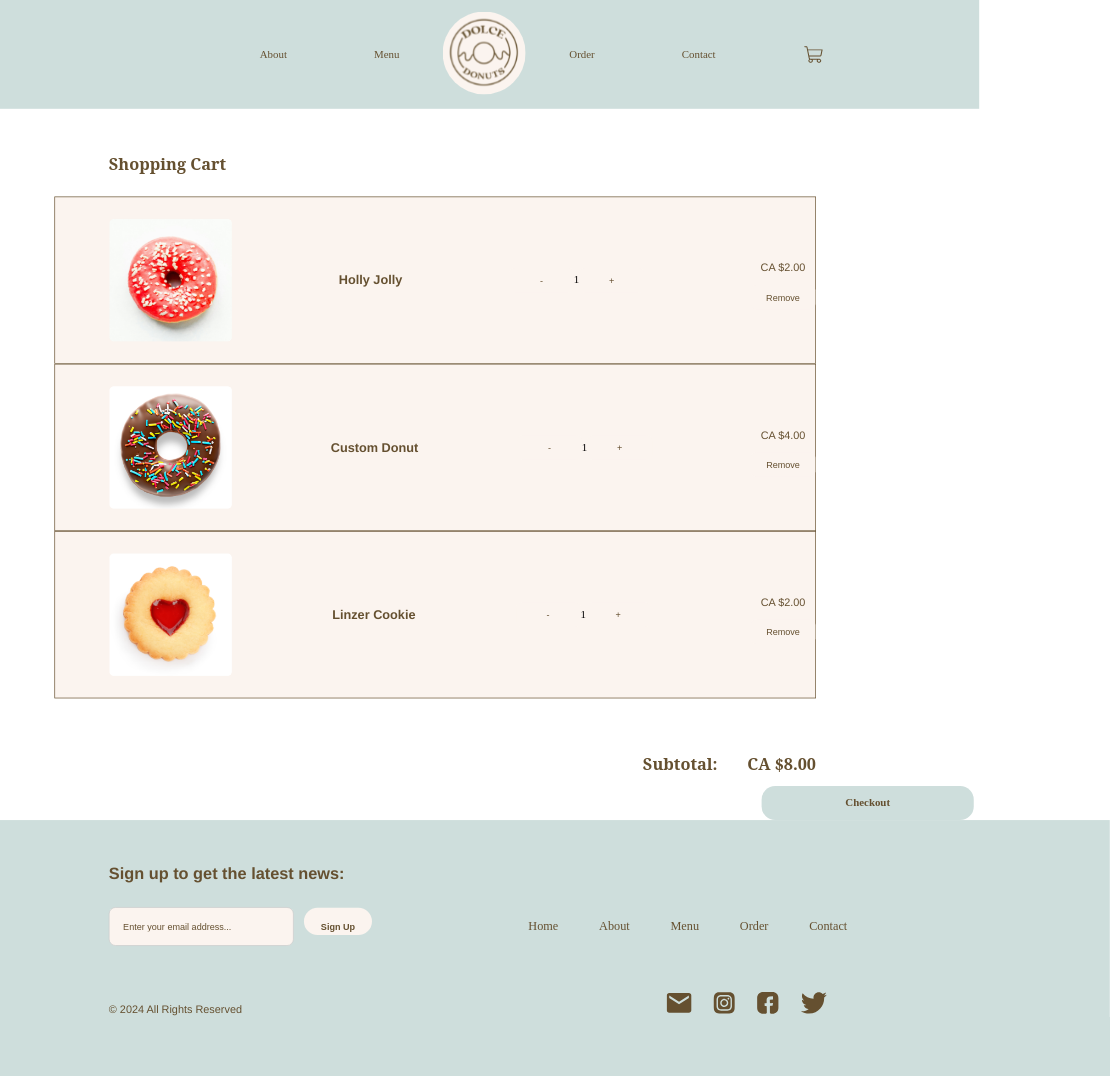
Repository: Crystalhtc/dolcedonuts
Page: /cart
The author's editor kept a copy of each file at every save. The page is drawn from the files as they stood at one save, then again after the next save.
The browser window is 1280 px wide. The page is 1632 px wide, so the pictures cover 1632 px, including what lies to the right of the window. The pictures show the whole page, at 68% of full size.
The project was rebuilt for these pictures with package versions that can differ from the ones it lists, and the page was loaded fresh each time. Also part of the build but not shown: vite.config.js, src/pages/Home.module.css, src/components/ProductCard/ProductCard.jsx, src/Data/products.js, src/pages/Order.css, src/pages/Menu.jsx, src/pages/Order.jsx, src/pages/Contact.module.css and 17 more.

Above is the page before, as saved 2024-10-21 05:49:24.

### src/App.jsx
import React from 'react';
import "./App.css";
import { BrowserRouter as Router, Route, Routes } from 'react-router-dom';
import Header from './components/Header/Header';
import Footer from './components/Footer/Footer';
import Home from './pages/Home';
import Menu from './pages/menu';
import Order from './pages/order';
import Contact from './pages/Contact';
import About from './pages/About';
import Checkout from './pages/Checkout';
import Cart from './pages/Cart';
import ProductDetails from './pages/ProductDetails';
import PaymentReview from './pages/PaymentReview';

function App() {

  return (
    <Router>
      <Header />
      <Routes>
        <Route path="/" element={<Home />} />
        <Route path="/about" element={<About />} />
        <Route path="/menu" element={<Menu />} />
        <Route path="/order" element={<Order />} />
        <Route path="/productdetails/:id" element={<ProductDetails />} />
        <Route path="/contact" element={<Contact />} />
        <Route path="/cart" element={<Cart />} />
        <Route path="/checkout" element={<Checkout />} />
        <Route path="/paymentreview" element={<PaymentReview />} />
      </Routes>
      <Footer />
    </Router>
  );
}

export default App;

### src/App.css
@import url('https://fonts.googleapis.com/css2?family=Arimo:ital,wght@0,400..700;1,400..700&display=swap');
@import url('https://fonts.googleapis.com/css2?family=Noto+Serif:ital,wght@0,100..900;1,100..900&display=swap');

:root {
    --mint: #CEDEDC;
    --cream: #FBF4EF;
    --pink: #F5CCD6;
    --dark-pink: #E3BBC5;
    --brown: #655030;
    --dark-brown: #4C3B22;
}
body {
    margin: 0 auto;
}
/* font */
/* heading, button */
h1 {
    font-family: "Noto Serif", serif;
    color: #655030;
    font-size: 28pt;
}
/* subheading */
h2 {
    font-size: 24pt;
    font-family: 'Arimo', sans-serif;
    color: #655030;
}
/* paragraph */
p {
    font-family: 'Arimo', sans-serif;
    color: #655030;
}

.container {
    max-width: 1440px;
    margin: 0 auto;
    height: auto;
    /* padding: 20px;  */
}

### src/components/Header/Header.jsx
import { NavLink } from 'react-router-dom';
import styles from './Header.module.css';
import logo from '../../assets/logo.svg';
import cartIcon from '../../assets/cart-icon.svg';

export default function Header() {
  return (
    <nav className={styles.nav}>
      <ul className={styles.navList}>
        <li className={styles.navItem}>
          <NavLink to="/about" className={({ isActive }) => (isActive ? styles.activeLink : undefined)}>About</NavLink>
        </li>
        <li className={styles.navItem}>
          <NavLink to="/menu" className={({ isActive }) => (isActive ? styles.activeLink : undefined)}>Menu</NavLink>
        </li>
        <li className={styles.logoContainer}>
          <NavLink to="/">
            <img src={logo} alt="Logo" className={styles.logo} />
          </NavLink>
        </li>
        <li className={styles.navItem}>
          <NavLink to="/order" className={({ isActive }) => (isActive ? styles.activeLink : undefined)}>Order</NavLink>
        </li>
        <li className={styles.navItem}>
          <NavLink to="/contact" className={({ isActive }) => (isActive ? styles.activeLink : undefined)}>Contact</NavLink>
        </li>
        <li className={styles.navItem}>
          <NavLink to="/cart" className={({ isActive }) => (isActive ? styles.activeLink : undefined)}>
            <img src={cartIcon} alt="Cart" className={styles.cartIcon} />
          </NavLink>
        </li>
      </ul>
    </nav>
  );
}

### src/components/Footer/Footer.jsx
import React from 'react';
import styles from './Footer.module.css';
import socialMediaIcons from '../../assets/social-media-icons.svg';

const Footer = () => {
    return (
        <footer className={styles.footer}> {/* Use styles for className */}
            <h2 className={styles.signUpMessage}>Sign up to get the latest news:</h2>

            <div className={styles.topContainer}>
                <div className={styles.newsletterSignup}> {/* Use styles for className */}
                    <input type="email" placeholder="Enter your email address..." />
                       <button className={styles.signupButton}>Sign Up</button> {/* Use styles for className */}
                </div>

                 <div className={styles.footerLinks}>
                     <ul className={styles.linkList}>
                        <li><a href="/">Home</a></li>
                        <li><a href="/about">About</a></li>
                        <li><a href="/menu">Menu</a></li>
                        <li><a href="/order">Order</a></li>
                        <li><a href="/contact">Contact</a></li>
                    </ul>
                </div>
            </div>

            <div className={styles.footerBottomContainer}>
                <p>© 2024 All Rights Reserved</p>
                <div className={styles.socialMedia}> {/* Use styles for className */}
                    <img src={socialMediaIcons} alt="Social Media Icons" />
                </div>
            </div>
        </footer>
    );
};

export default Footer;

### src/pages/Home.jsx
import React from 'react';
import homeBanner from '../assets/home-main-banner.png';
import cardImage1 from '../assets/home-card-img-1.png';
import cardImage2 from '../assets/home-card-img-2.png';
import cardImage3 from '../assets/home-card-img-3.png';
import cardImage4 from '../assets/home-card-img-4.png';
import cardImage5 from '../assets/home-card-img-5.png';
import styles from './Home.module.css';

const cardData = [
    {
        id: 1,
        image: cardImage1,
        text: (
            <div className={styles.addressCard}>
                    <div className={styles.addressColumn}>
                        <h2>Downtown</h2>
                        <p>XXX West Pender St.<br />
                        Vancouver, BC<br />
                        V6B 1V3<br />
                        (604) XXX-XXXX<br />
                        Mon - Fri 9am – 5pm*<br />
                        Sat - Sun 10am – 6pm*<br />
                        *Or until sell out occurs.</p>
                    </div>
                    <div className={styles.addressColumn}>
                        <h2>Mount Pleasant</h2>
                        <p>XXX Main St.<br />
                        Vancouver, BC<br />
                        V4C 2V6<br />
                        (604) XXX-XXXX<br />
                        Mon - Fri 9am – 5pm*<br />
                        Sat - Sun 10am – 6pm*<br />
                        *Or until sell out occurs.</p>
                    </div>
            </div>
        ),
        button: 'About Us',
        link: '/about'
    },
    {
        id: 2,
        image: cardImage2,
        text: 'Choose your favourite toppings, glazes, and flavours to create a personalized donut, just the way you like.',
        button: 'Custom Donut',
        link: '/order'
    },
    {
        id: 3,
        image: cardImage3,
        text: 'Explore sweet delights at Dolce Donuts with our signature treats, freshly baked treats, and expertly crafted coffees. Our menu is designed to satisfy your sweet cravings.',
        button: 'Menu',
        link: '/menu'
    },
    {
        id: 4,
        image: cardImage4,
        text: 'Pre-order our artisanal donuts for pick-up or shipping! We prepare the same selection as in store. Treat yourself to flavour-packed joy.',
        button: 'Pre-Order Online',
        link: '/order'
    },
    {
        id: 5,
        image: cardImage5,
        text: 'We are here to assist with any inquiries or special orders. Drop us a message to help us make your donut dreams come true!',
        button: 'Get in Touch',
        link: '/contact'
    },
];

export default function Home() {
    return (
        <div className={styles.homeContainer}>
            <img
                src={homeBanner}
                alt="Home Main Banner"
                className={styles.homeBanner}
            />

<div className={styles.cardsContainer}>
                {cardData.map((card, index) => (
                    <div
                        key={card.id}
                        className={`${styles.card} ${index % 2 === 0 ? styles.mintBackground : ''} ${index % 2 === 0 ? styles.cardLeft : styles.cardRight}`}
                    >
                        <img
                            src={card.image}
                            alt={`Card ${card.id}`}
                            className={styles.cardImage}
                        />
                        <div className={styles.cardContent}>
                            <p>{card.text}</p>
                            <a href={card.link} className={styles.ctaButton}>{card.button}</a>
                        </div>
                    </div>
                ))}
            </div>
        </div>
    );
}

### src/pages/Cart.jsx
import { useState } from "react";
import styles from "./Cart.module.css";
import MintButton from "../components/MintButton/MintButton";

export default function Cart() {
    const [quantities, setQuantities] = useState({
        hollyJolly: 1,
        customDonut: 1,
        linzerCookie: 1,
    });

    const prices = {
        hollyJolly: 2.00,
        customDonut: 4.00,
        linzerCookie: 2.00,
    };

    const handleAdd = (item) => {
        setQuantities((prevQuantities) => ({
            ...prevQuantities,
            [item]: prevQuantities[item] + 1,
        }));
    };

    const handleRemove = (item) => {
        setQuantities((prevQuantities) => ({
            ...prevQuantities,
            [item]: Math.max(1, prevQuantities[item] - 1),
        }));
    };

    const handleRemoveItem = (item) => {
        setQuantities((prevQuantities) => {
            const newQuantities = { ...prevQuantities };
            delete newQuantities[item];
            return newQuantities;
        });
    };

    const getTotalPrice = (item) => {
        return (quantities[item] * prices[item]).toFixed(2);
    };

    const calculateTotal = () => {
        return Object.keys(quantities).reduce((total, item) => {
            return total + quantities[item] * prices[item];
        }, 0).toFixed(2);
    };

    return (
        <div>
            <h2 className={styles.cartH2}>Shopping Cart</h2>
            <div className={styles.listContainer}>
                {quantities.hollyJolly && (
                    <div className={styles.itemList}>
                        <img
                            src="src/assets/Donut2.png"
                            alt="Red glazed donut"
                            className={styles.donutImg}
                            width={180}
                            height={180}
                        />
                        <h3 className={styles.cookieName}>Holly Jolly</h3>
                        <div className={styles.quantityControls}>
                            <button onClick={() => handleRemove("hollyJolly")}>-</button>
                            <span>{quantities.hollyJolly}</span>
                            <button onClick={() => handleAdd("hollyJolly")}>+</button>
                        </div>
                        <div className={styles.priceRemove}>
                            <p className={styles.totalPrice}>CA ${getTotalPrice("hollyJolly")}</p>
                            <button className={styles.removeBtn} onClick={() => handleRemoveItem("hollyJolly")}>Remove</button>
                        </div>
                    </div>
                )}

                {quantities.customDonut && (
                    <div className={styles.itemList}>
                        <img
                            src="src/assets/Donut1.png"
                            alt="Chocolate glazed donut"
                            className={styles.donutImg}
                            width={180}
                            height={180}
                        />
                        <h3 className={styles.cookieName}>Custom Donut</h3>
                        <div className={styles.quantityControls}>
                            <button onClick={() => handleRemove("customDonut")}>-</button>
                            <span>{quantities.customDonut}</span>
                            <button onClick={() => handleAdd("customDonut")}>+</button>
                        </div>
                        <div className={styles.priceRemove}>
                            <p className={styles.totalPrice}>CA ${getTotalPrice("customDonut")}</p>
                            <button className={styles.removeBtn} onClick={() => handleRemoveItem("customDonut")}>Remove</button>
                        </div>
                    </div>
                )}

                {quantities.linzerCookie && (
                    <div className={styles.itemList}>
                        <img
                            src="src/assets/LinzerCookie.png"
                            alt="Heart butter cookie"
                            className={styles.donutImg}
                            width={180}
                            height={180}
                        />
                        <h3 className={styles.cookieName}>Linzer Cookie</h3>
                        <div className={styles.quantityControls}>
                            <button onClick={() => handleRemove("linzerCookie")}>-</button>
                            <span>{quantities.linzerCookie}</span>
                            <button onClick={() => handleAdd("linzerCookie")}>+</button>
                        </div>
                        <div className={styles.priceRemove}>
                            <p className={styles.totalPrice}>CA ${getTotalPrice("linzerCookie")}</p>
                            <button className={styles.removeBtn} onClick={() => handleRemoveItem("linzerCookie")}>Remove</button>
                        </div>
                    </div>
                )}
            </div>

            <div className={styles.totalContainer}>
                <h2 className={styles.totalH2}>Subtotal: &nbsp;&nbsp;&nbsp;&nbsp;&nbsp; CA ${calculateTotal()}</h2>
                <div className={styles.checkoutBtn} style={{ width: '280px'}}>
                    <MintButton buttonText="Checkout" />
                </div>

            </div>
        </div>
    );
}

### src/components/Header/Header.module.css
.nav {
    width: 1440px;
    height: 160px;
    background-color: var(--mint);
    display: flex;
    justify-content: center;
    flex-shrink: 0;
    margin: auto;
}

.navList {
    list-style-type: none;
    display: flex;
    justify-content: center;
    align-items: center;
    margin: 0;
    padding: 0;
    width: 100%;

    margin-left: 11%;
}

.navItem {
    margin: 0 4rem;
}

.navItem a {
    text-decoration: none;
    color: var(--brown);
}

.logoContainer {
    flex: 0 0 auto;
}

.logo {
    width: 122px;
    height: 122px;
    object-fit: contain;
}

.cartIcon {
    width: 36px;
    height: auto;
}

.navItem .activeLink {
    text-decoration: underline;
    color: var(--brown);
}

### src/components/Footer/Footer.module.css
.footer {
    width: 1440px;
    height: 312px;
    background-color: var(--mint);
    padding: 2rem;
    color: var(--brown);
    padding-left: 10rem;
    flex-shrink: 0;
    margin: auto;
}

.topContainer {
    display: flex;
    align-items: center;
    gap: 10rem;
}

.footerBottomContainer {
    display: flex;
    margin-top: 3rem;
    gap: 39rem;
}

.newsletterSignup input {
    padding: 20px;
    width: 230px;
    border: 1px solid #ccc;
    background-color: var(--cream);
    border-radius: 10px;
}

.signupButton {
    width: 100px;
    padding: 20px;
    margin-left: 15px;
    background-color: var(--cream);
    color: var(--brown);
    font-weight: bold;
    border: none;
    border-radius: 20px;
}

.footerLinks {
    margin: 20px 0;
    display: flex;
    font-size: large;
}

.linkList a {
    color: var(--brown);
    list-style-type: none;
    text-decoration: none;
}

.linkList li {
    text-decoration: none;
    display: inline;
    margin: 0 30px;
}

.socialMedia img {
    width: 250px;
    height: auto;
}

### src/pages/Checkout.module.css
.checkoutContainer {
    display: flex;
    align-items: center;
    justify-content: center;
}

input {
    background-color: var(--cream);
    border: none;
    padding: 1rem;
    border-radius: 4px;
}

.contactInputs {
    display: flex;
    flex-direction: column;
}

.checkoutContainer {
    display: flex;
    justify-content: space-between;
    align-items: start;
    padding: 2rem;
    max-width: 1200px;
    margin: 0 auto;
    gap: 3rem;
}

.leftColumn {
    flex: 2;
}

.rightColumn {
    flex: 1;
    padding: 2rem;
    height: fit-content;
    border-left: 1px solid var(--brown);
}

::placeholder {
    color: var(--brown);
}

h3 {
    color: var(--brown);
}

/* Contact Section */
.contactInputs {
    display: flex;
    flex-direction: column;
    gap: 1rem;
}

/* Delivery Section */
.deliveryOptions {
    display: flex;
    flex-direction: column;
    align-items: center;
}

.deliveryToggle {
    display: flex;
    align-items: center;
    gap: 1rem;
    margin: 1rem 0;
    background-color: var(--cream);
    border-radius: 10px;
    padding: 0.5rem;
    width: 60%;
}

/* Delivery Toggle Buttons */
.deliveryToggle {
    display: flex;
    gap: 1rem; /* Space between buttons */
}

.deliveryToggle button {
    padding: 0.75rem 1rem;
    border: none;
    border-radius: 20px;
    cursor: pointer;
    flex: 1;
    transition: background-color 0.3s ease; /* Smooth transition */
}

/* Default styles */
.pickupButton {
    background-color: transparent; /* Inactive state */
    color: var(--brown); /* Text color */
}

.deliveryButton {
    background-color: transparent; /* Inactive state */
    color: var(--brown); /* Text color */
}

/* Active styles */
.pickupButton.active,
.deliveryButton.active {
    background-color: var(--mint); /* Active button color */
}

/* Hover state */
.deliveryToggle button:hover {
    background-color: pink; /* Hover state */
}

/* Optional: Set a specific color for inactive buttons' text */
.deliveryToggle button:not(.active) {
    color: var(--brown); /* Change to desired inactive text color */
}

.addresses {
    display: flex;
    flex-direction: column;
    gap: 1rem;
}

.downtown, .mountPleasant {
    background-color: var(--cream);
    border-radius: 10px;
    padding: 1rem;
    display: flex;
    gap: 1rem;
    align-items: start;
}


/* Payment Section */
.paymentContainer {
    margin: 1rem 0;
}

.creditCardTitle {
    background: var(--mint);
    padding: 0.5rem 1rem;
    margin-bottom: 1rem;
}

.paymentInputs {
    display: flex;
    flex-direction: column;
    gap: 1rem;
}

.fullWidthInput input {
    width: 100%;
}

.halfWidthInput {
    display: flex;
    justify-content: space-between;
}

.firstHalfInput {
    width: 100%;
}

.secondHalfInput {
    width: 100%;
    display: flex;
    justify-content: end;
}

.firstHalfInput input {
    width: 90%;
}

.secondHalfInput input {
    width: 90%;
}

.halfWidthInputField input {
    width: 50%
}

.paymentInputs > div {
    display: flex;
    gap: 1rem;
}

/* Right Column Styling */
.checkoutProducts {
    display: flex;
    flex-direction: column;
    gap: 1rem;
    margin-bottom: 2rem;
}

.discountCode {
    display: flex;
    gap: 1rem;
    margin-bottom: 2rem;
    height: 3rem;
}

.discountInput {
    flex: 1;
    background: none;
    border: 2px solid var(--mint);
}

.discountButton {
    height: 3rem;
    padding: 0 1.5rem;
    background: none;
    border: none;
    border-radius: 10px;
    cursor: pointer;
    background: var(--cream);
}

.discountButton:hover {
    background: var(--brown);
    color: var(--cream);
}

.price {
    display: flex;
    flex-direction: column;
    margin-bottom: 2rem;
}

.subtotal, .tax, .total {
    display: flex;
    justify-content: space-between;
    align-items: center;
}

.total {
    font-weight: bold;
    font-size: 1.2rem;
    border-top: 1px solid #ccc;
    padding-top: 1rem;
}

/* Section Headers */
h1 {
    margin-bottom: 2rem;
    font-size: 2rem;
}

h2 {
    margin: 2rem 0 1rem 0;
    font-size: 1.5rem;
}

/* Responsive Design */
@media (max-width: 768px) {
    .checkoutContainer {
        flex-direction: column;
        padding: 1rem;
    }

    .rightColumn {
        width: 100%;
    }

    .paymentInputs > div,
    .addressInputs > div {
        flex-direction: column;
    }
}

### src/components/MintButton/MintButton.jsx
import React from 'react';
import { NavLink } from 'react-router-dom';
import styles from './MintButton.module.css';

const MintButton = ({ path, buttonText }) => {
    return (
        <div className={styles.buttonContainer}>
            <div className={styles.button}>
                <NavLink
                    to= {path}
                    className={styles.buttonLink}
                >
                    {buttonText}
                </NavLink>
            </div>
        </div>
    );
};

export default MintButton;

### src/pages/Cart.module.css
.cartH2 {
    font-family: "Noto Serif", serif;
    margin-left: 10rem;
    margin-top: 4rem;
    margin-bottom: 2rem;
}

.listContainer {
    margin-bottom: 5rem;
}

.itemList {
    display: flex;
    background-color: var(--cream);
    border: var(--brown) solid 1px;
    margin-left: 5rem;
    margin-right: 5rem;
    align-items: center;
    justify-content: space-between;
}

.donutImg {
    padding-left: 5rem;
    padding-top: 2rem;
    padding-bottom: 2rem;
}

.cookieName {
    font-family: 'Arimo', sans-serif;;
}

.priceRemove {
    text-align: center;
}

.totalContainer {
    text-align: right;
    margin-right: 5rem;
}

.totalH2 {
    font-family: "Noto Serif", serif;
}

.checkoutBtn {
    margin-left: 70rem;
}

### src/components/ProductCard/ProductCard.module.css
.container {
    width: 340px;
    height: 530px;
    border-radius: 8px;
    padding: 18px 8px;
    box-shadow: 0px 4px 4px 0px rgba(0, 0, 0, 0.25);
    display: flex;
    flex-direction: column;
    align-items: center;
}
.priceAndButton {
    display: flex;
    flex-direction: row;
    align-items: center;
    gap: 10em;
}
button {
    width: 95px;
    height: 36px;
    border-radius: 8px;
    border: none;
    color: var(--brown);
    background: var(--Cream, #FBF4EF);
}
button h2 {
    margin: 0;
}

### src/components/MintButton/MintButton.module.css
.buttonContainer {
    width: 100%;
}

.button {
    width: 100%;
}

.button .buttonLink {
    display: block;
    width: 100%;
    padding: 1rem;
    background-color: var(--mint);
    color: var(--brown);
    border: none;
    border-radius: 20px;
    cursor: pointer;
    font-size: 1rem;
    font-weight: bold;
    text-align: center;
    text-decoration: none;
}

.button .buttonLink:hover {
    background-color: var(--pink);
}

Loaded but not shown: index.html (common file); src/main.jsx (common file)

After the next save:
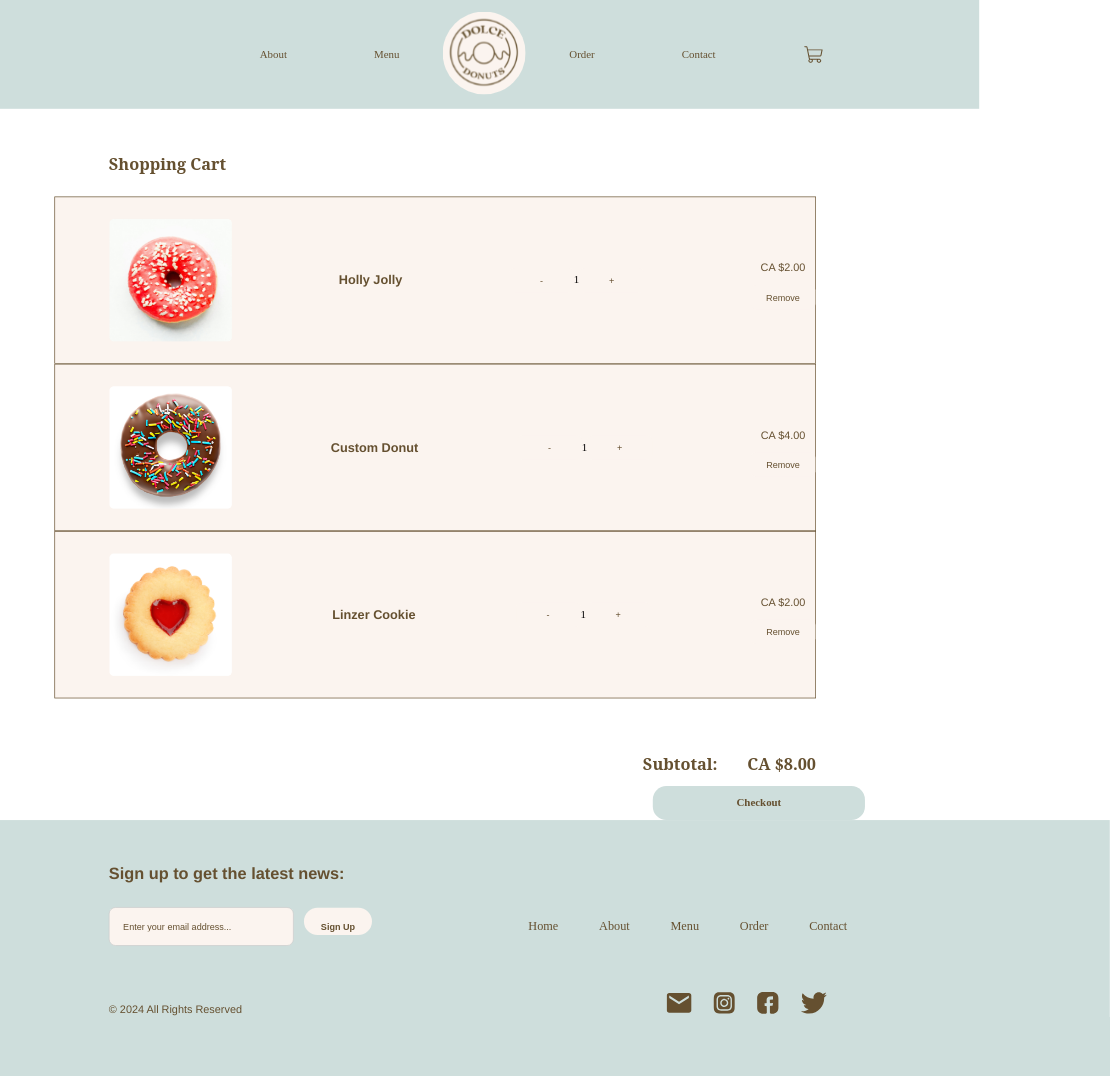
Saved 6 s later.
--- a/src/pages/Cart.module.css
+++ b/src/pages/Cart.module.css
@@ -43,5 +43,5 @@
 }
 
 .checkoutBtn {
-    margin-left: 70rem;
+    margin-left: 60rem;
 }
